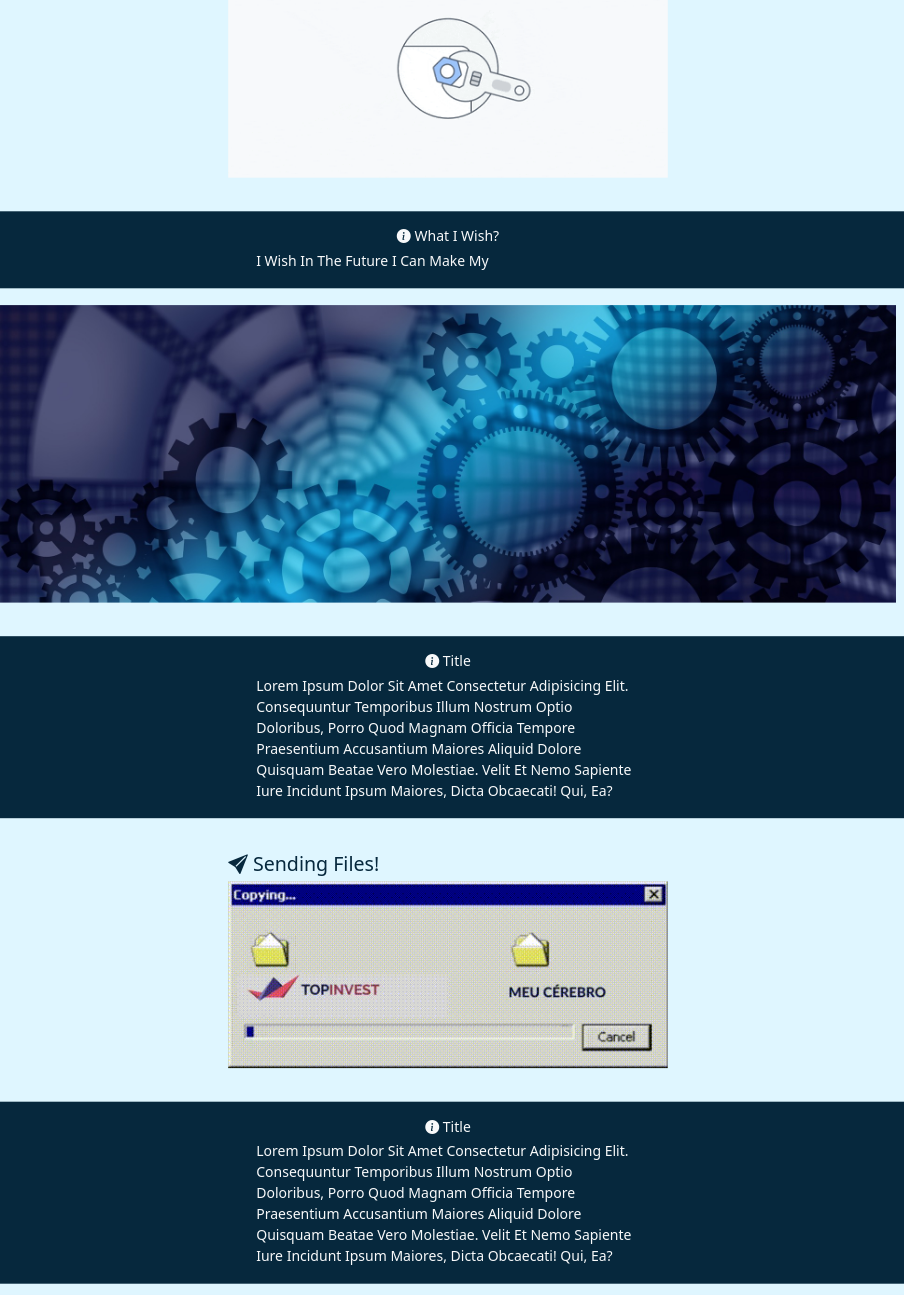
Repository: initer3737/initer3737.github.io
Page: index.html
An editor plug-in stored every save of this project. The page is shown before and after the next save, followed by the edit.
The browser window is 1280 px wide. The page is 1292 px wide, so the pictures cover 1292 px, including what lies to the right of the window. The pictures show the part of the page from y = 2437 to 4317 px (the page is 4287 px tall before and 4317 px after), at 70% of full size.
Some web libraries are served in a nearby version.

Above is the page before, as saved 2022-06-12 23:05:18.
Console error: TypeError: Cannot set properties of null (setting 'innerHTML')

After the next save:
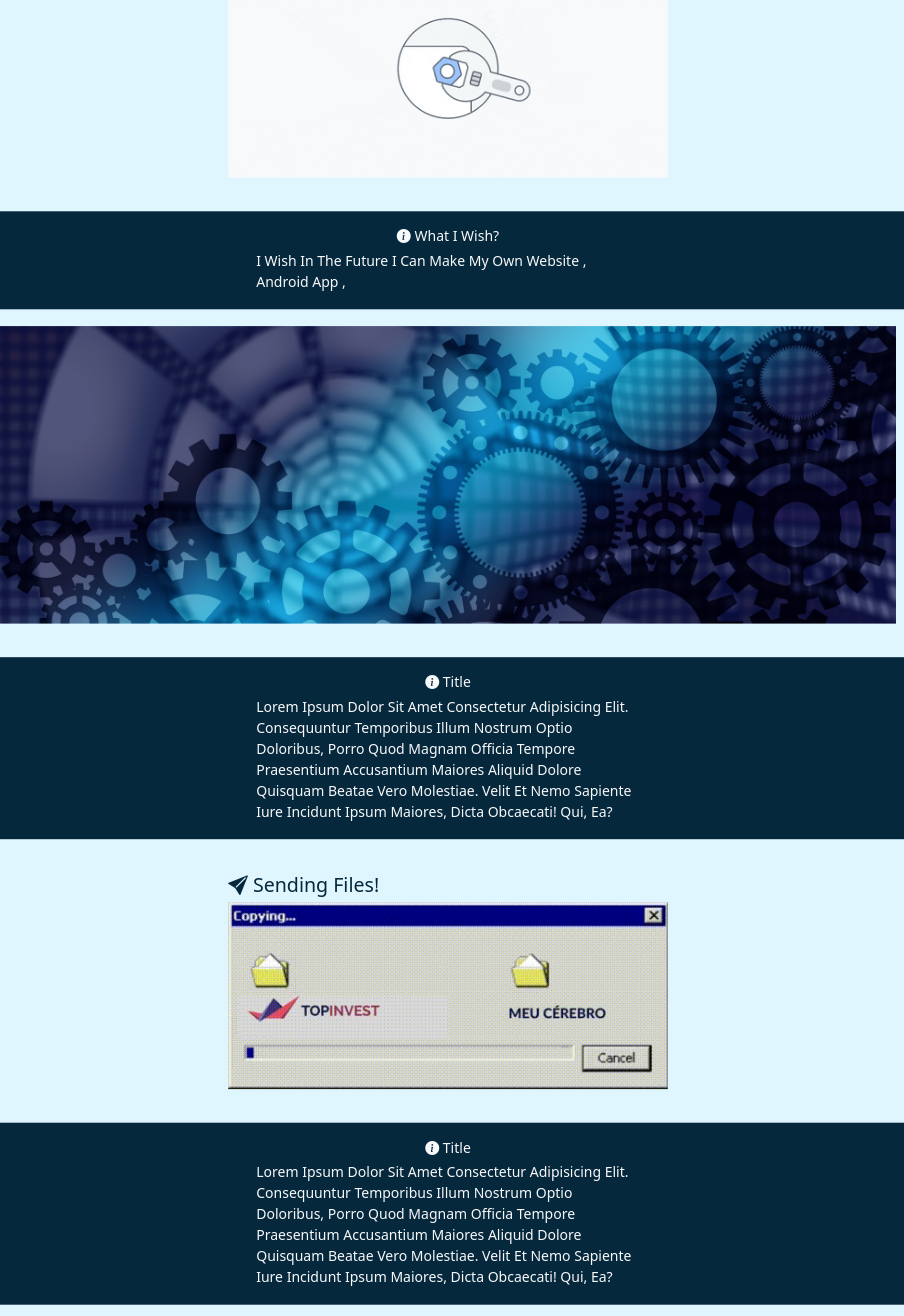
Saved 10 s later.
--- a/index.html
+++ b/index.html
@@ -106,7 +106,7 @@
            <div class="col-12 mt-5 m-auto bg-4 text-light px-2 py-4">
             <div class="text-center "><h5><i class="bi bi-info-circle-fill"></i> what i wish?</h5></div>
             <div class="text-start fs-5 px-5 col-12 col-md-6 m-auto">
-               i wish in the future i can make my
+               i wish in the future i can make my own website , android app ,
             </div>
           </div>
            <div class="col-12 mt-4">
